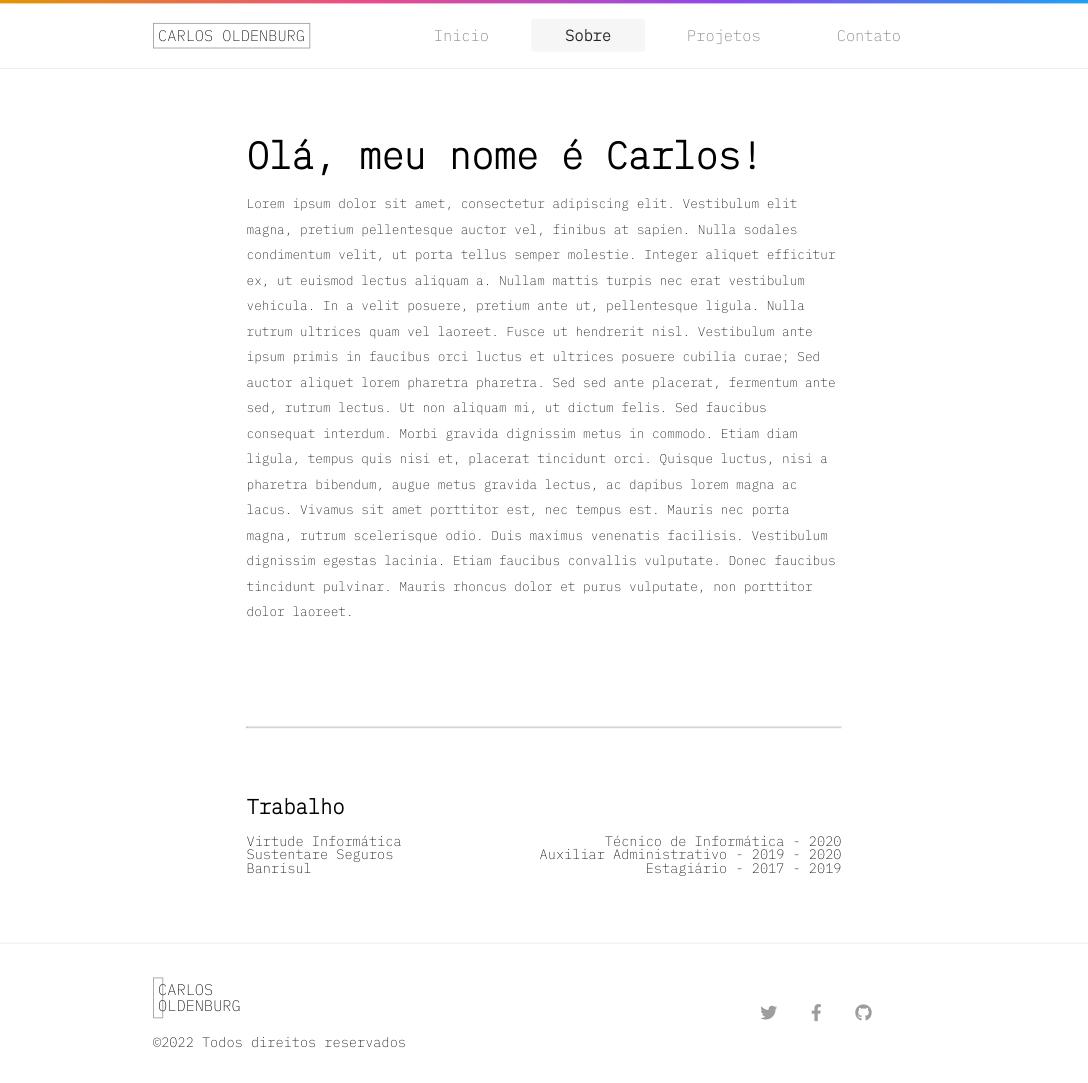
Repository: Carolden/PortfolioCrie
Page: sobre.html
An editor plug-in stored every save of this project. The page is shown before and after the next save, followed by the edit.
The browser window is 1280 px wide. The pictures show the whole page, at 85% of full size.

Above is the page before, as saved 2023-05-24 10:28:01.

### sobre.html
<!DOCTYPE html>
<html lang="pt-BR">
<head>
    <meta charset="UTF-8">
    <meta http-equiv="X-UA-Compatible" content="IE=edge">
    <meta name="viewport" content="width=device-width, initial-scale=1.0">
    <title>Carlos Eduardo Oldenburg</title>

    <link rel="stylesheet" href="styles/base/reset.css">
    <link rel="stylesheet" href="styles/base/body.css">
    <link rel="stylesheet" href="styles/layout/container.css">
    <link rel="stylesheet" href="styles/layout/footer.css">
    <link rel="stylesheet" href="styles/layout/header.css">
    <link rel="stylesheet" href="styles/layout/index__section.css">
    <link rel="stylesheet" href="styles/components/about__text.css">
    <link rel="stylesheet" href="styles/components/header__a.css">
    <link rel="stylesheet" href="styles/components/header__nav.css">
    <link rel="stylesheet" href="styles/components/hr.css">
    <link rel="stylesheet" href="styles/components/name__box.css">
    <link rel="stylesheet" href="styles/components/project__index.css">
    <link rel="stylesheet" href="styles/components/section__contact.css">
    <link rel="stylesheet" href="styles/components/section__image.css">
    <link rel="stylesheet" href="styles/components/section__p.css">
    <link rel="stylesheet" href="styles/components/section__title.css">
    <link rel="stylesheet" href="styles/components/work.css">
    <link rel="stylesheet" href="sobre.html">

    <link rel="preconnect" href="https://fonts.googleapis.com">
    <link rel="preconnect" href="https://fonts.gstatic.com" crossorigin>
    <link href="https://fonts.googleapis.com/css2?family=IBM+Plex+Mono:wght@200&family=Open+Sans:wght@800&display=swap" rel="stylesheet">
    <link rel="stylesheet" href="https://cdnjs.cloudflare.com/ajax/libs/font-awesome/6.4.0/css/all.min.css">

</head>
<body>

    <header class="header">

        <div class="name__container">
            <h2 class="name__box">CARLOS OLDENBURG</h2>
        </div>

        <nav class="header__nav">
            <a href="index.html" class="header__a">Inicio</a>
            <a href="sobre.html" class="header__a active"> Sobre</a>
            <a href="#" class="header__a">Projetos</a>
            <a href="#" class="header__a">Contato</a>
        </nav>

    </header>

    <section>

        <div class="about__text">

        <h1 class="section__title section--align">Olá, meu nome é Carlos!</h1>
        <p class="section__p about--p">Lorem ipsum dolor sit amet, consectetur adipiscing elit. Vestibulum elit magna, pretium pellentesque auctor vel, finibus at sapien. Nulla sodales condimentum velit, ut porta tellus semper molestie. Integer aliquet efficitur ex, ut euismod lectus aliquam a. Nullam mattis turpis nec erat vestibulum vehicula.

            In a velit posuere, pretium ante ut, pellentesque ligula. Nulla rutrum ultrices quam vel laoreet. Fusce ut hendrerit nisl. Vestibulum ante ipsum primis in faucibus orci luctus et ultrices posuere cubilia curae; Sed auctor aliquet lorem pharetra pharetra. Sed sed ante placerat, fermentum ante sed, rutrum lectus. Ut non aliquam mi, ut dictum felis.

            Sed faucibus consequat interdum. Morbi gravida dignissim metus in commodo. Etiam diam ligula, tempus quis nisi et, placerat tincidunt orci. Quisque luctus, nisi a pharetra bibendum, augue metus gravida lectus, ac dapibus lorem magna ac lacus. Vivamus sit amet porttitor est, nec tempus est.

            Mauris nec porta magna, rutrum scelerisque odio. Duis maximus venenatis facilisis. Vestibulum dignissim egestas lacinia. Etiam faucibus convallis vulputate. Donec faucibus tincidunt pulvinar. Mauris rhoncus dolor et purus vulputate, non porttitor dolor laoreet.</p>

        </div>

    </section>

    <hr class="hr">

    <section class="work">

        <h2 class="work__title">Trabalho</h2>

        <div class="work__container">
            <h3>Virtude Informática</h3>
            <p>Técnico de Informática   -   2020</p>
        </div>

        <div class="work__container">
            <h3>Sustentare Seguros</h3>
            <p>Auxiliar Administrativo   -   2019 - 2020</p>
        </div>

        <div class="work__container">
            <h3>Banrisul</h3>
            <p>Estagiário   -   2017 - 2019</p>
        </div>







    </section>



























    <footer class="footer">

        <div class="name__container footer__column">

            <h2 class="name__box name--footer">CARLOS OLDENBURG</h2>
            <p class="footer__p">©2022 Todos direitos reservados</p>

        </div>

        <div class="footer__column footer__icons">

            <i class="fa-brands fa-twitter contact__icon"></i>
            <i class="fa-brands fa-facebook-f contact__icon"></i>
            <i class="fa-brands fa-github contact__icon"></i>

        </div>

    </footer>

</body>
</html>

### styles/base/body.css
body {
    font-family: 'IBM Plex Mono', monospace;
    overflow-y: scroll;
}

### styles/layout/container.css
.container {
    padding: 0 290px 0 290px;
}

### styles/layout/footer.css
.footer {
    display: flex;
    box-sizing: border-box;
    align-items: center;
    border-top: 1px solid #EAEAEA;
    margin-top: 80px;
    align-items: center;
}

.name--footer {
    margin: 40px 550px 20px 180px;
}

footer p {
    margin: 0 0 40px 180px;
}

.footer__column {
    width: 50%;
}

.footer__icons {
    text-align: center;
}

### styles/layout/header.css
.header {
    display: flex;
    justify-content: space-between;
    height: 80px;
    width: 100%;
    left: 0px;
    top: 4px;
    border-radius: 0px;
    box-sizing: border-box;
    /* position: absolute; */
    align-items: center;
    border-top: 4px;
    border-image: linear-gradient(to right, #E39600, #EA4C89, #8F48EB, #1DA1F2) 1;
    border-style: solid;
}

### styles/layout/index__section.css
.index__section {
    display: flex;
    flex-direction: column;
    align-items: center;
    border-top: 1px solid #EAEAEA;
    padding: 80px 0 50px 0;
}

### styles/components/about__text.css
.about__text {
    /* display: flex; */
    padding: 80px 290px 0 290px;
    align-items: left;
    flex-direction: column;
    border-top: 1px solid #EAEAEA;
}

### styles/components/header__a.css
.header__a {
    padding: 40px;
    text-decoration: none;
    color: #6C6C6C;
    font-size: 18px;
}

.active {
    color: #242424;
    font-weight: 600;
    background: #F6F6F6;
    border-radius: 4px;
    padding-top: 8px;
    padding-bottom: 8px;
}

### styles/components/header__nav.css
.header__nav {
    margin-right: 180px;
}

### styles/components/hr.css
.hr {
    margin: 80px 290px 80px 290px;
    color: #EAEAEA;
}

### styles/components/name__box.css
.name__box {
    border: 1px solid #9D9D9D;
    padding: 5px;
    margin-left: 180px;
    font-size: 18px;
}

### styles/components/project__index.css
.project__h2 {
    padding-bottom: 80px;
    font-size: 24px;
    font-weight: 600;
}

.project__index {
    border: 1px solid #EAEAEA;
    margin: 0 290px 20px 290px;
    display: flex;
    background-color: #FAFAFA;
}

.project__icon {
    font-size: 80px;
    padding: 40px 20px 40px 40px;
    color: #E39600;
}

.project__h3 {
    font-size: 18px;
    font-weight: 600;
    padding: 40px 0 20px 20px;
}

.project__p {
    padding: 0 40px 40px 20px;
}

.icon--color--pink {
    color: #EA4C89;
}

### styles/components/section__contact.css
.section__contact {
    display: flex;
    margin: 0 280px 0 280px;
    align-items: center;
}

.contact__icon {
    padding: 15px;
    font-size: 20px;
    color: #9D9D9D;
}

.contact__button {
    text-decoration: none;
    padding-left: 15px;
    color: #363636;
    font-weight: 600;
    font-size: 15px;
    border: 1px solid #EAEAEA;
    border-radius: 20px;
    background: #FAFAFA;
    padding: 10px 15px;
    margin-left: 15px;
}

### styles/components/section__image.css
.section__image {
    width: 800px;
    height: 800px;
    padding: 40px 0 55px 0;

}

### styles/components/section__p.css
.section__p {
    font-size: 15px;
    font-weight: 400;
    line-height: 30px;
    letter-spacing: 0em;
    text-align: left;
    margin: 0 280px 0 280px;
}

.about--p {
    margin: 0;
    padding-bottom: 40px;
}

### styles/components/section__title.css
.section__title {
    font-size: 44px;
    font-weight: 600;
}

.section--align {
    text-align: left;
    padding-bottom: 20px;
}

### styles/components/work.css
.work__title {
    font-size: 24px;
    font-weight: 600;
    padding-bottom: 20px;
}

.work__container {
    display: flex;
    justify-content: space-between;

}

.work {
    margin-left: 290px;
    margin-right: 290px;
}

Loaded but not shown: styles/base/reset.css (common file)

After the next save:
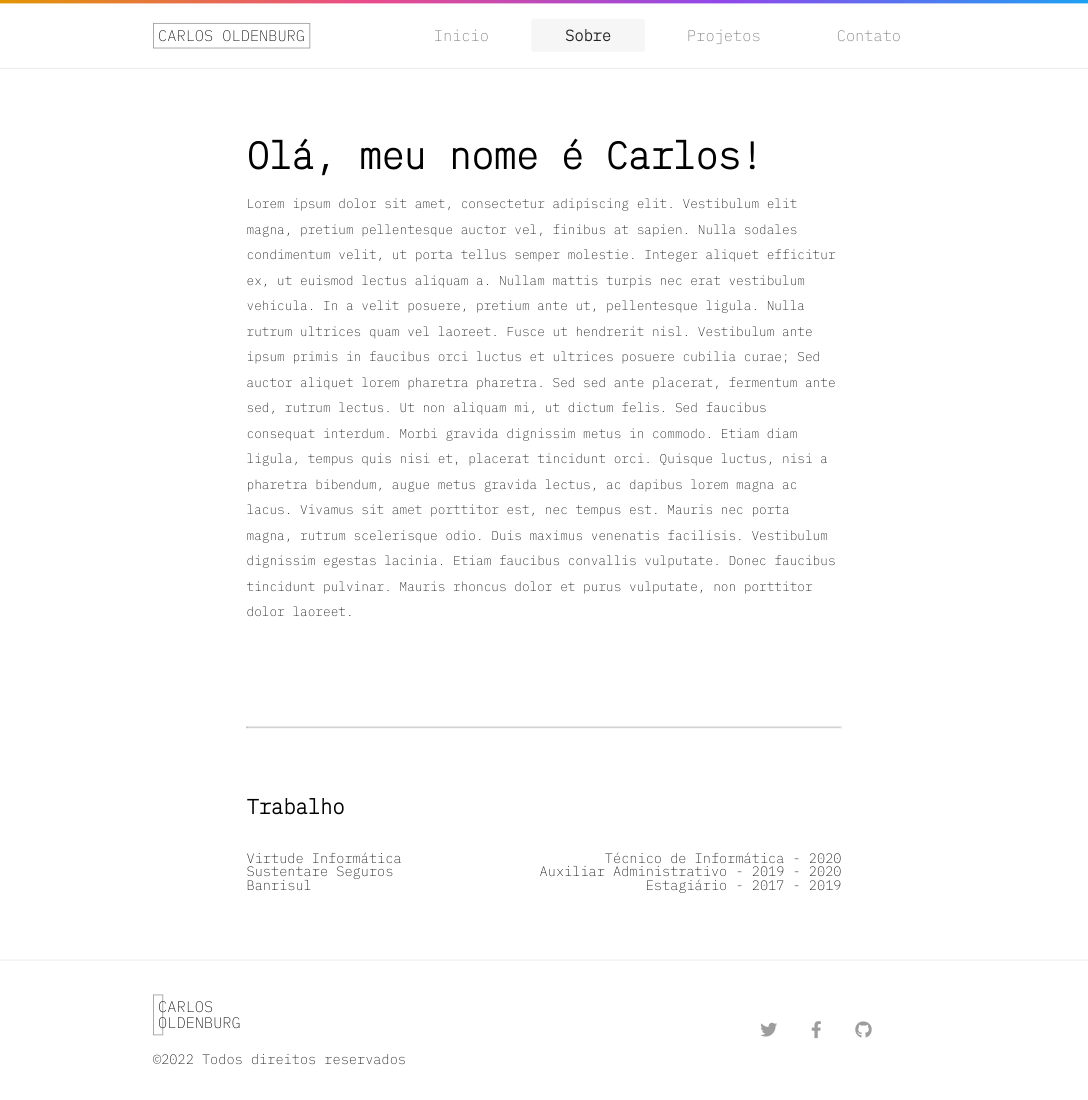
Saved 5 s later.
--- a/styles/components/work.css
+++ b/styles/components/work.css
@@ -1,7 +1,7 @@
 .work__title {
     font-size: 24px;
     font-weight: 600;
-    padding-bottom: 20px;
+    padding-bottom: 40px;
 }
 
 .work__container {
